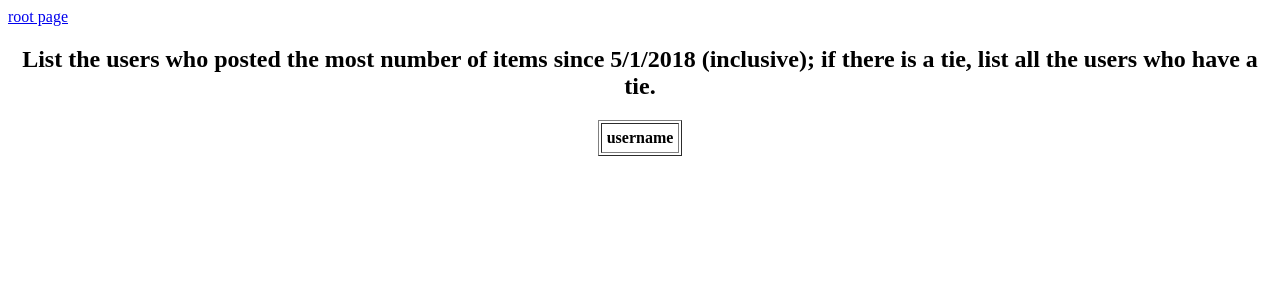
Repository: HamdanM/DatabaseProject
Page: http://localhost/DB3/Displaynum4.jsp
An editor plug-in stored every save of this project. The page is shown before and after the next save, followed by the edit.
The browser window is 1280 px wide. The pictures show the whole page.
The page is served by Tomcat 9. Nobody is signed in. The application's start-up code is not run. The template is opened directly, without the code that normally fills it, so the values that code supplies are empty.

Above is the page before, as saved 2019-07-27 23:39:26.

After the next save:
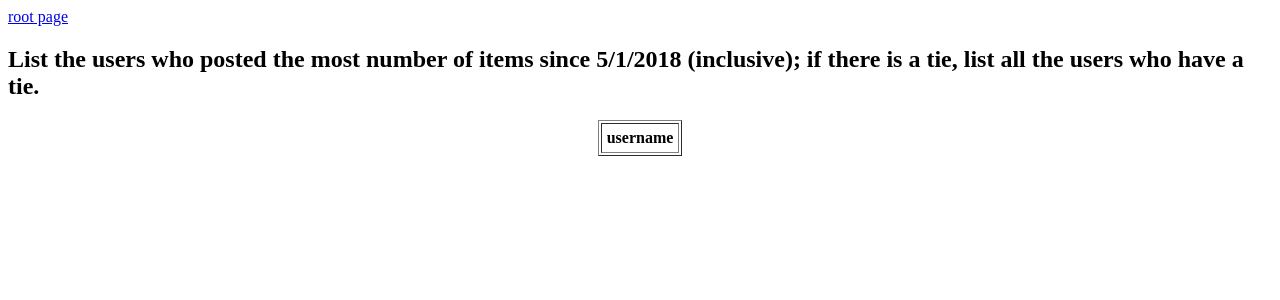
Saved 27 s later.
--- a/DB3/WebContent/Displaynum4.jsp
+++ b/DB3/WebContent/Displaynum4.jsp
@@ -10,10 +10,10 @@
 <body>
 
 <a href="root.jsp">root page</a>
+            <h2>List the users who posted the most number of items since 5/1/2018 (inclusive); if there is a tie, list all the users who have a tie.</h2>
 
   <div align="center">
         <table border="1" cellpadding="5">
-            <h2>List the users who posted the most number of items since 5/1/2018 (inclusive); if there is a tie, list all the users who have a tie.</h2>
             <tr>
 
                 <th>username</th>
